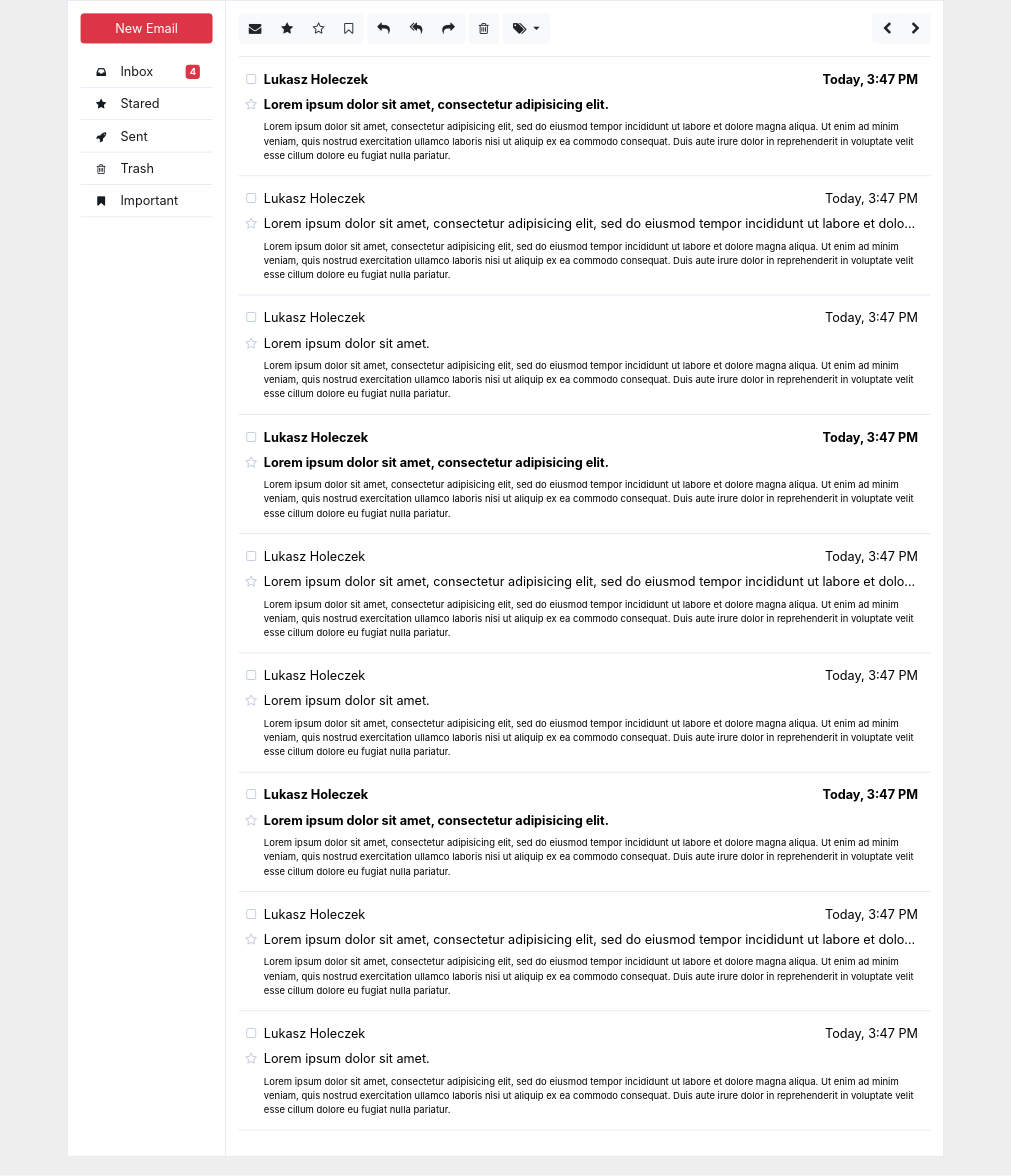
Repository: lastbronx41/bootstrap_mail
Page: inbox.html
These files come from the project's save history. The page is drawn as it stood at one moment and after the next save; the edit follows.
The browser window is 1280 px wide. The pictures show the whole page, at 79% of full size.
Some icons come from a web library that is not loaded, so they are not drawn. Some web libraries are served in a nearby version.

Above is the page before, as saved 2022-11-22 02:21:53.

After the next save:
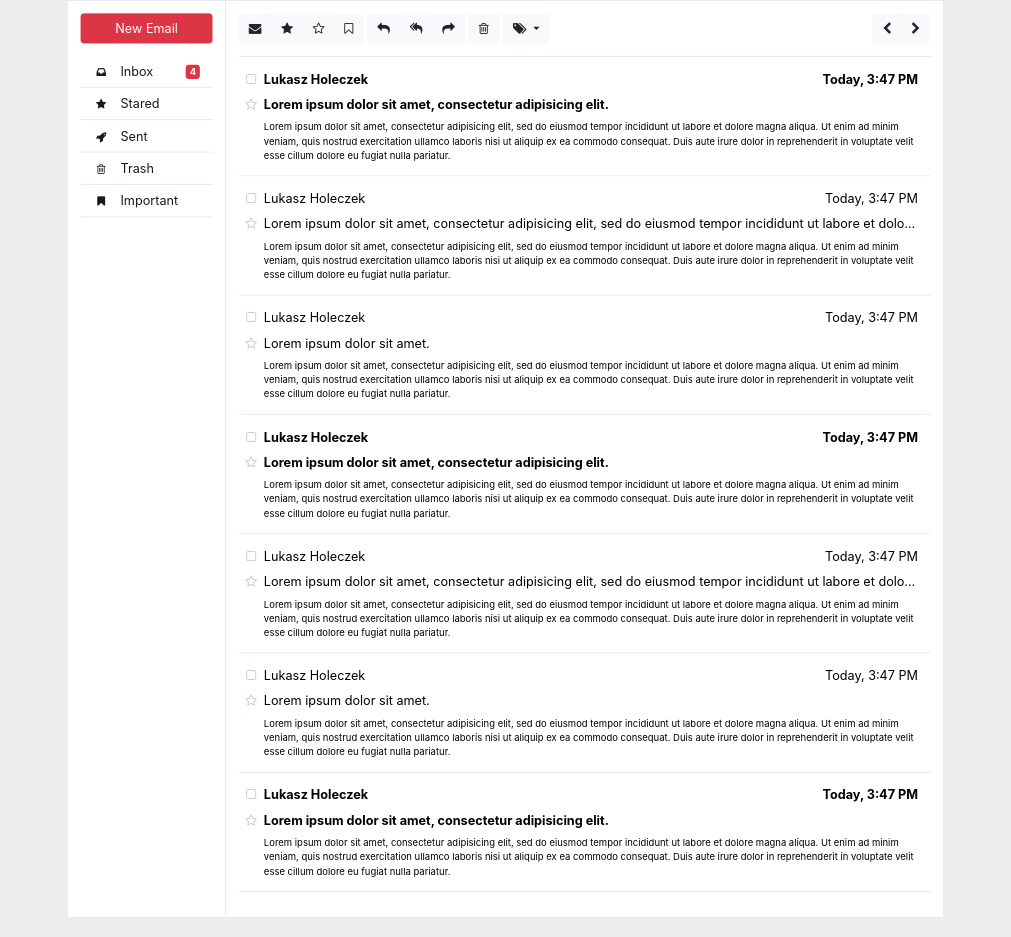
Saved 62 s later.
--- a/inbox.html
+++ b/inbox.html
@@ -273,48 +273,7 @@
 								</div>
 							</a>
 						</li>
-						<li class="message">
-							<a href="#">
-								<div class="actions">
-									<span class="action"><i class="fa fa-square-o"></i></span>
-									<span class="action"><i class="fa fa-star-o"></i></span>
-								</div>
-								<div class="header">
-									<span class="from">Lukasz Holeczek</span>
-									<span class="date">Today, 3:47 PM</span>
-								</div>
-								<div class="title">
-									Lorem ipsum dolor sit amet, consectetur adipisicing elit, sed
-									do eiusmod tempor incididunt ut labore et dolore magna aliqua.
-								</div>
-								<div class="description">
-									Lorem ipsum dolor sit amet, consectetur adipisicing elit, sed
-									do eiusmod tempor incididunt ut labore et dolore magna aliqua.
-									Ut enim ad minim veniam, quis nostrud exercitation ullamco
-									laboris nisi ut aliquip ex ea commodo consequat. Duis aute
-									irure dolor in reprehenderit in voluptate velit esse cillum
-									dolore eu fugiat nulla pariatur.
-								</div>
-							</a>
-						</li>
-						<li class="message">
-							<a href="#">
-								<div class="actions">
-									<span class="action"><i class="fa fa-square-o"></i></span>
-									<span class="action"><i class="fa fa-star-o"></i></span>
-								</div>
-								<div class="header">
-									<span class="from">Lukasz Holeczek</span>
-									<span class="date">Today, 3:47 PM</span>
-								</div>
-								<div class="title">Lorem ipsum dolor sit amet.</div>
-								<div class="description">
-									Lorem ipsum dolor sit amet, consectetur adipisicing elit, sed
-									do eiusmod tempor incididunt ut labore et dolore magna aliqua.
-									Ut enim ad minim veniam, quis nostrud exercitation ullamco
-									laboris nisi ut aliquip ex ea commodo consequat. Duis aute
-									irure dolor in reprehenderit in voluptate velit esse cillum
-									dolore eu fugiat nulla pariatur.
+
 								</div>
 							</a>
 						</li>

After the save that followed:
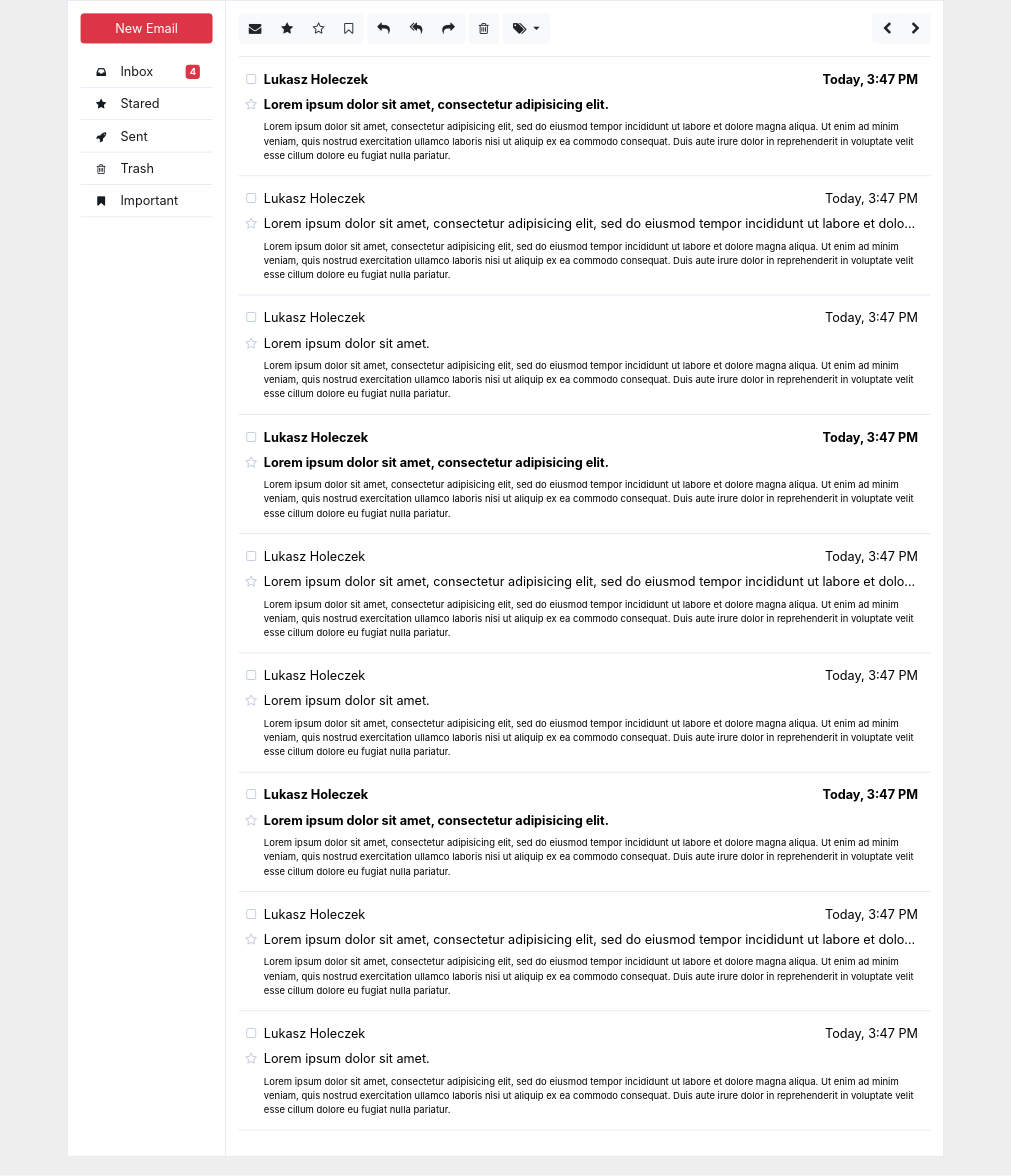
Saved 24 s later.
--- a/inbox.html
+++ b/inbox.html
@@ -273,7 +273,48 @@
 								</div>
 							</a>
 						</li>
-
+						<li class="message">
+							<a href="#">
+								<div class="actions">
+									<span class="action"><i class="fa fa-square-o"></i></span>
+									<span class="action"><i class="fa fa-star-o"></i></span>
+								</div>
+								<div class="header">
+									<span class="from">Lukasz Holeczek</span>
+									<span class="date">Today, 3:47 PM</span>
+								</div>
+								<div class="title">
+									Lorem ipsum dolor sit amet, consectetur adipisicing elit, sed
+									do eiusmod tempor incididunt ut labore et dolore magna aliqua.
+								</div>
+								<div class="description">
+									Lorem ipsum dolor sit amet, consectetur adipisicing elit, sed
+									do eiusmod tempor incididunt ut labore et dolore magna aliqua.
+									Ut enim ad minim veniam, quis nostrud exercitation ullamco
+									laboris nisi ut aliquip ex ea commodo consequat. Duis aute
+									irure dolor in reprehenderit in voluptate velit esse cillum
+									dolore eu fugiat nulla pariatur.
+								</div>
+							</a>
+						</li>
+						<li class="message">
+							<a href="#">
+								<div class="actions">
+									<span class="action"><i class="fa fa-square-o"></i></span>
+									<span class="action"><i class="fa fa-star-o"></i></span>
+								</div>
+								<div class="header">
+									<span class="from">Lukasz Holeczek</span>
+									<span class="date">Today, 3:47 PM</span>
+								</div>
+								<div class="title">Lorem ipsum dolor sit amet.</div>
+								<div class="description">
+									Lorem ipsum dolor sit amet, consectetur adipisicing elit, sed
+									do eiusmod tempor incididunt ut labore et dolore magna aliqua.
+									Ut enim ad minim veniam, quis nostrud exercitation ullamco
+									laboris nisi ut aliquip ex ea commodo consequat. Duis aute
+									irure dolor in reprehenderit in voluptate velit esse cillum
+									dolore eu fugiat nulla pariatur.
 								</div>
 							</a>
 						</li>
